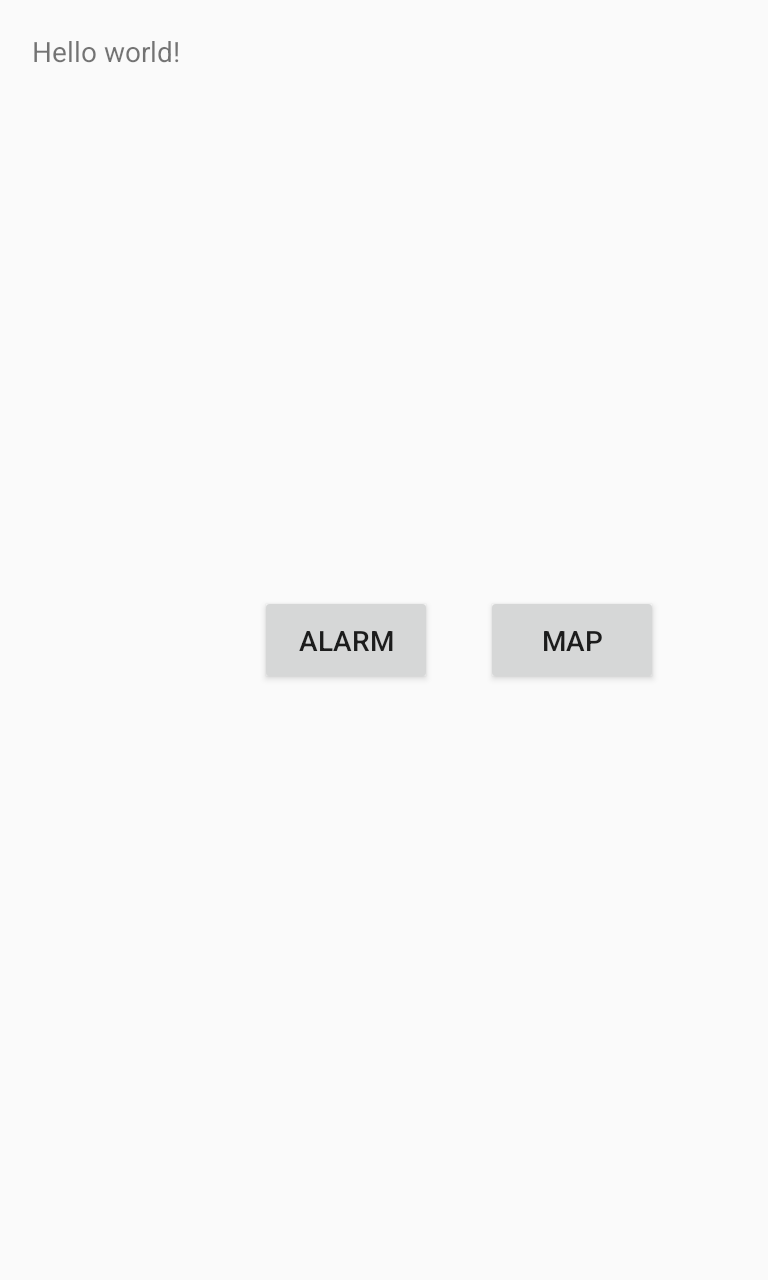
Repository: karakor/SilentSwitch2
Layout: SilentSwitch/res/layout/activity_main.xml
An editor plug-in stored every save of this project. The layout is shown before and after the next save, followed by the edit.
It is drawn on a 768 x 1280 px phone screen (xhdpi) without system bars, with theme AppTheme; the app's code is not run.

Above is the layout before, as saved 2015-03-02 10:21:06.

After the next save:
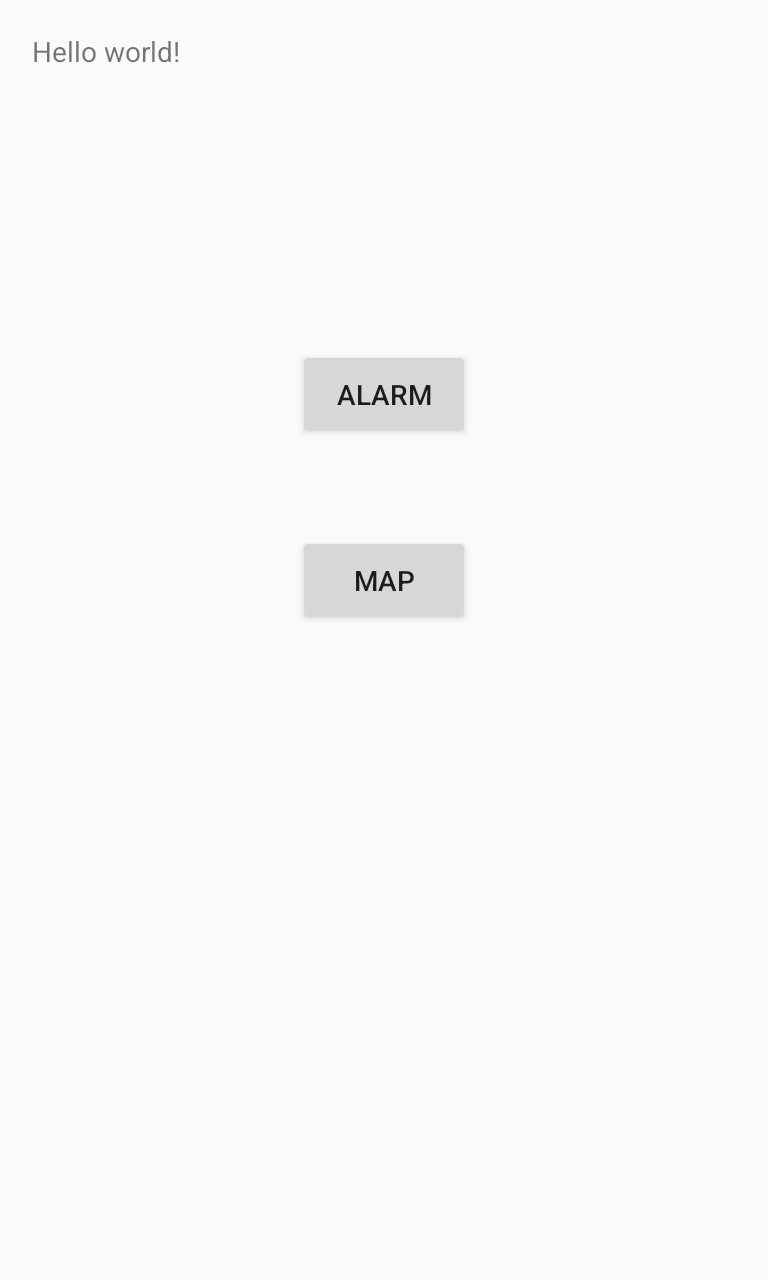
Saved 101 s later.
--- a/SilentSwitch/res/layout/activity_main.xml
+++ b/SilentSwitch/res/layout/activity_main.xml
@@ -15,22 +15,21 @@
         android:text="@string/hello_world" />
 
     <Button
+        android:id="@+id/Alarm_btn"
+        android:layout_width="wrap_content"
+        android:layout_height="wrap_content"
+        android:layout_below="@+id/textView1"
+        android:layout_centerHorizontal="true"
+        android:layout_marginTop="138dp"
+        android:text="@string/Alarm_btn" />
+
+    <Button
         android:id="@+id/Map_btn"
         android:layout_width="wrap_content"
         android:layout_height="wrap_content"
-        android:layout_alignBaseline="@+id/Alarm_btn"
-        android:layout_alignBottom="@+id/Alarm_btn"
-        android:layout_alignParentRight="true"
-        android:layout_marginRight="38dp"
+        android:layout_alignLeft="@+id/Alarm_btn"
+        android:layout_below="@+id/Alarm_btn"
+        android:layout_marginTop="45dp"
         android:text="@string/Map_btn" />
 
-    <Button
-        android:id="@+id/Alarm_btn"
-        android:layout_width="wrap_content"
-        android:layout_height="wrap_content"
-        android:layout_centerVertical="true"
-        android:layout_marginRight="25dp"
-        android:layout_toLeftOf="@+id/Map_btn"
-        android:text="@string/Alarm_btn" />
-
 </RelativeLayout>
